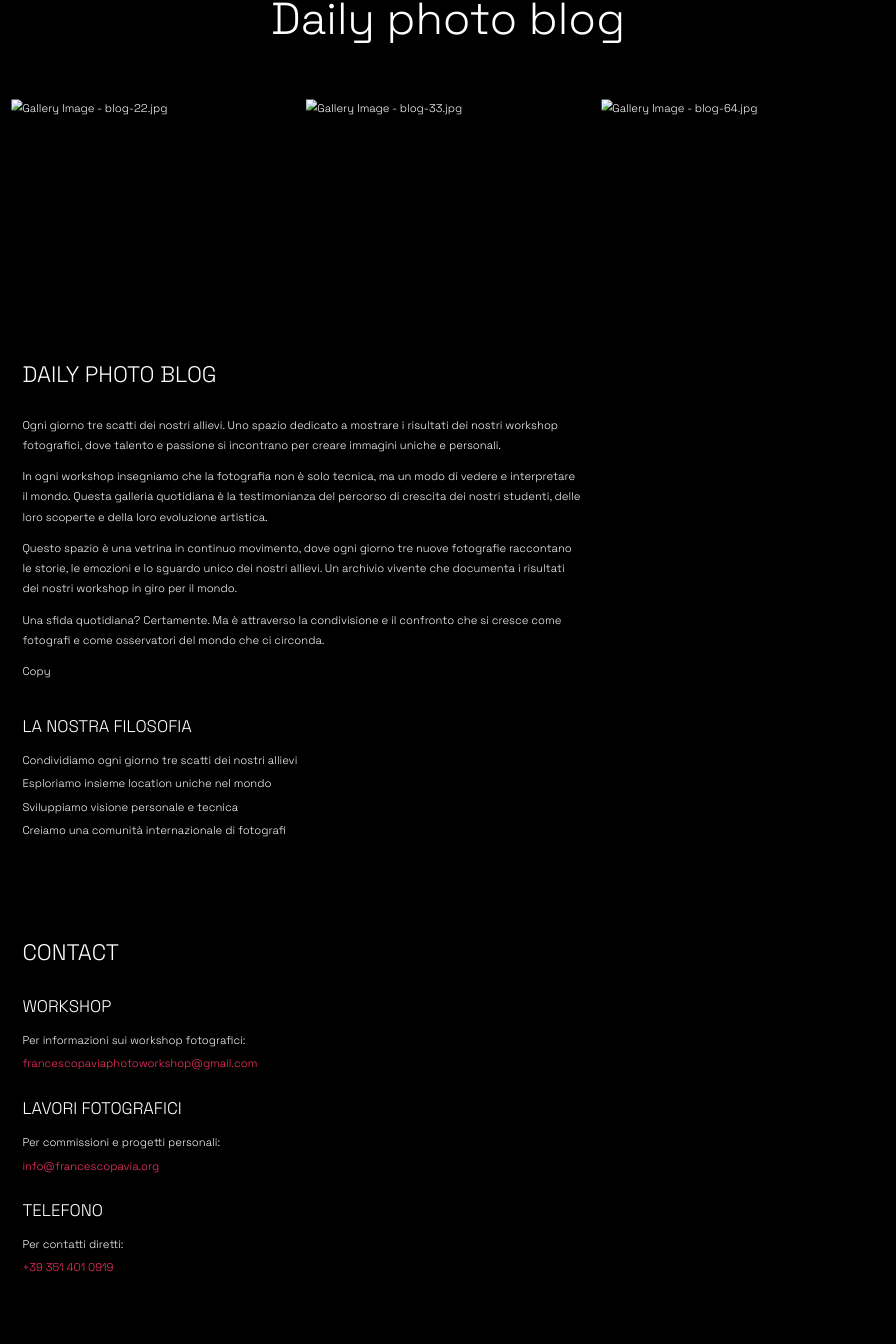
Repository: philipkdpavkia/photo-auto
Page: index.html
An editor plug-in stored every save of this project. The page is shown before and after the next save, followed by the edit.
The browser window is 1280 px wide. The pictures show the part of the page from y = 2004 to 3924 px (the page is 3924 px tall before and 3882 px after), at 70% of full size.

Above is the page before, as saved 2024-11-13 23:12:26.
Not found: images/blog-22.jpg
Not found: images/blog-33.jpg
Not found: images/blog-64.jpg

After the next save:
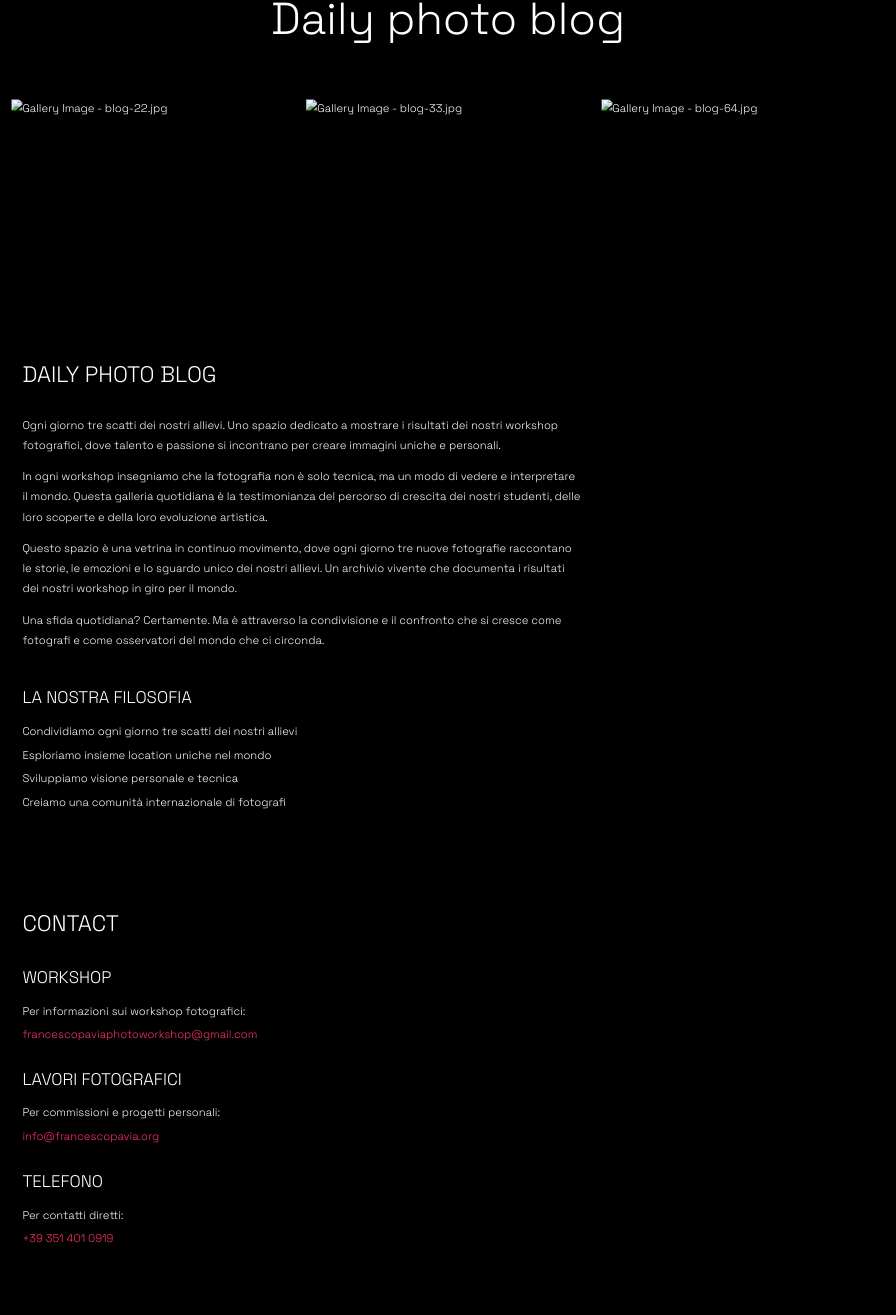
Saved 29 s later.
--- a/index.html
+++ b/index.html
@@ -296,7 +296,7 @@
     <p>
         Una sfida quotidiana? Certamente. Ma è attraverso la condivisione e il confronto che si cresce come fotografi e come osservatori del mondo che ci circonda.
     </p>
-    Copy<div class="philosophy">
+    <div class="philosophy">
         <h3>
             La nostra filosofia
         </h3>
